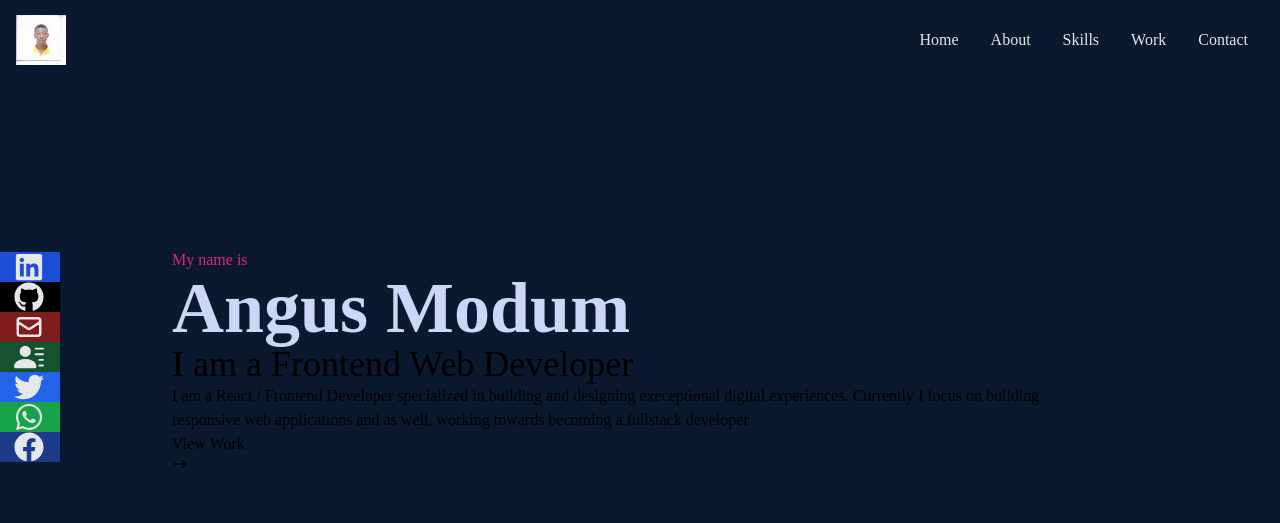
Repository: AngusOnyebuchi/Dashboard
Page: /
An editor plug-in stored every save of this project. The page is shown before and after the next save, followed by the edit.
The browser window is 1280 px wide. The pictures show the whole page.
The project was rebuilt for these pictures with package versions that can differ from the ones it lists, and the page was loaded fresh each time.

Above is the page before, as saved 2022-04-13 22:26:23.

### public/index.html
<!DOCTYPE html>
<html lang="en">
  <head>
    <meta charset="utf-8" />
    <link rel="icon" href="%PUBLIC_URL%/favicon.ico" />
    <meta name="viewport" content="width=device-width, initial-scale=1" />
    <meta name="theme-color" content="#000000" />
    <meta
      name="description"
      content="Web site created using create-react-app"
    />
    <link rel="apple-touch-icon" href="%PUBLIC_URL%/logo192.png" />
    <!--
      manifest.json provides metadata used when your web app is installed on a
      user's mobile device or desktop. See https://developers.google.com/web/fundamentals/web-app-manifest/
    -->
    <link rel="manifest" href="%PUBLIC_URL%/manifest.json" />
    <!--
      Notice the use of %PUBLIC_URL% in the tags above.
      It will be replaced with the URL of the `public` folder during the build.
      Only files inside the `public` folder can be referenced from the HTML.

      Unlike "/favicon.ico" or "favicon.ico", "%PUBLIC_URL%/favicon.ico" will
      work correctly both with client-side routing and a non-root public URL.
      Learn how to configure a non-root public URL by running `npm run build`.
    -->
    <title>Tenzies Game</title>
  </head>
  <body>
    <noscript>You need to enable JavaScript to run this app.</noscript>
    <div id="root"></div>
    <!--
      This HTML file is a template.
      If you open it directly in the browser, you will see an empty page.

      You can add webfonts, meta tags, or analytics to this file.
      The build step will place the bundled scripts into the <body> tag.

      To begin the development, run `npm start` or `yarn start`.
      To create a production bundle, use `npm run build` or `yarn build`.
    -->
  </body>
</html>

### src/index.js
import React from "react";
import ReactDOM from "react-dom";
import "./style.css"
import App from "./App";

ReactDOM.render(<App/>, document.getElementById("root"))

### src/style.css
@tailwind base;
@tailwind components;
@tailwind utilities;

@layer base {
    body{
        @apply font-[Railway];
    }
    li {
        @apply px-4;
        @apply cursor-pointer;
    }
}

### src/App.js
import React from "react";
import NavBar from "./components/NavBar"
import Home from "./components/Home"

export default function App() {
    return (
        <div>
          <NavBar/>
          <Home/>
        </div>
    )
}

### src/components/NavBar.js
import React, {useState} from "react";
import {FaBars, FaTimes, FaGithub, FaFacebook, FaTwitter, FaWhatsapp, FaLinkedin} from "react-icons/fa"
import {HiOutlineMail} from "react-icons/hi"
import {BsFillPersonLinesFill} from "react-icons/bs"
import Logo from "../images/passport.jpg"

export default function NavBar() {

  const [nav, setNav] = useState(true)
  const handleClick = () => setNav(!nav)
  return(
    <div className="fixed w-full h-[80px] flex justify-between items-center px-4 bg-[#0a192f] text-gray-200 ">

       <div>
          <img src={Logo} alt="Logo Image" style={{width: "50px"}}/>
       </div>

         {/* Menu */}
         <ul className="hidden md:flex">
            <li>Home</li>
            <li>About</li>
            <li>Skills</li>
            <li>Work</li>
            <li>Contact</li>
         </ul>

       {/* Hamburger */}
       <div onClick={handleClick} className="md:hidden z-10">
          {nav ? <FaBars/> : <FaTimes/>}
       </div>

       {/* Mobile menu*/}
       <ul className={nav ? "hidden" : "absolute top-0 left-0 w-full h-screen bg-inherit flex flex-col justify-center items-center md:hidden"}>
            <li className="py-6 text-4xl">Home</li>
            <li className="py-6 text-4xl">About</li>
            <li className="py-6 text-4xl">Skills</li>
            <li className="py-6 text-4xl">Work</li>
            <li className="py-6 text-4xl">Contact</li>
       </ul>

       {/**Social Icons */}
       <div className="hidden lg:flex fixed flex-col top-[35%] left-0">
         <ul>

           <li className="w-[160px] h-60px flex justify-between items-center ml-[-100px] hover:ml-[-10px] duration-300 bg-blue-700">
             <a className="flex justify-between items-center w-full text-gray-200 "
                href="/">
               LinkedIn <FaLinkedin size={30}/>
             </a>
           </li>

           <li className="w-[160px] h-60px flex justify-between items-center ml-[-100px] hover:ml-[-10px] duration-300 bg-black">
             <a className="flex justify-between items-center w-full text-gray-200 "
                href="/">
               Github <FaGithub size={30}/>
             </a>
           </li>

           <li className="w-[160px] h-60px flex justify-between items-center ml-[-100px] hover:ml-[-10px] duration-300 bg-red-900">
             <a className="flex justify-between items-center w-full text-gray-200 "
                href="/">
               Email <HiOutlineMail size={30}/>
             </a>
           </li>

           <li className="w-[160px] h-60px flex justify-between items-center ml-[-100px] hover:ml-[-10px] duration-300 bg-green-900">
             <a className="flex justify-between items-center w-full text-gray-200 "
                href="/">
               Resume <BsFillPersonLinesFill size={30}/>
             </a>
           </li>

           <li className="w-[160px] h-60px flex justify-between items-center ml-[-100px] hover:ml-[-10px] duration-300 bg-blue-600">
             <a className="flex justify-between items-center w-full text-gray-200 "
                href="/">
               Twitter <FaTwitter size={30}/>
             </a>
           </li>

           <li className="w-[160px] h-60px flex justify-between items-center ml-[-100px] hover:ml-[-10px] duration-300 bg-green-600">
             <a className="flex justify-between items-center w-full text-gray-200 "
                href="/">
               Whatsapp <FaWhatsapp size={30}/>
             </a>
           </li>

           <li className="w-[160px] h-60px flex justify-between items-center ml-[-100px] hover:ml-[-10px] duration-300 bg-blue-900">
             <a className="flex justify-between items-center w-full text-gray-200 "
                href="/">
               Facebook <FaFacebook size={30}/>
             </a>
           </li>

         </ul>
       </div>

    </div>
  )
}

### src/components/Home.js
import React from "react";
import { HiArrowNarrowRight} from "react-icons/hi"

export default function Home() {
    return (
        <div name="home" className="w-full h-screen bg-[#0a192f] ">

            {/** Container */}
            <div className="max-w-[1000px] mx-auto px-8 flex flex-col justify-center h-full">
               <p className="text-pink-600">My name is</p>
               <h1 className="text-4xl sm:text-7xl font-bold text-[#ccd6f6]">Angus Modum</h1>
               <h2 className="text-4xl">I am a Frontend Web Developer </h2>
               <p>I am a React / Frontend Developer specialized in building and designing execeptional digital experiences. Currently I focus on building responsive web applications and as well, working towards becoming a fullstack developer</p>
               <div>
                   <button>View Work <HiArrowNarrowRight/> </button>
               </div>
            </div>
        </div>
    )
}

Loaded but not shown: tailwind.config.js (common file)

After the next save:
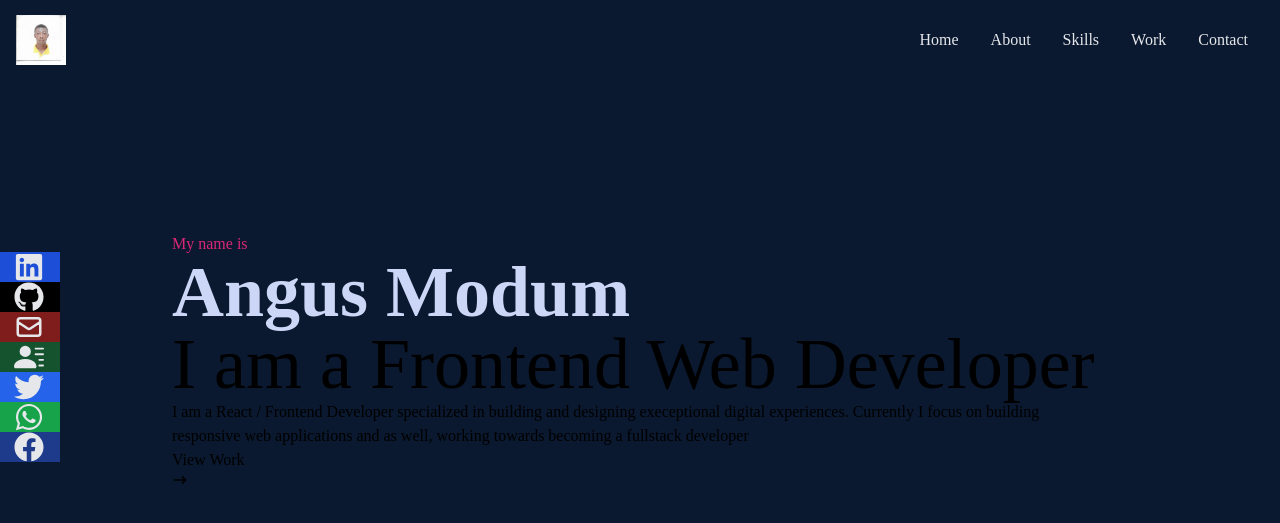
Saved 24 s later.
--- a/src/components/Home.js
+++ b/src/components/Home.js
@@ -9,7 +9,7 @@ export default function Home() {
             <div className="max-w-[1000px] mx-auto px-8 flex flex-col justify-center h-full">
                <p className="text-pink-600">My name is</p>
                <h1 className="text-4xl sm:text-7xl font-bold text-[#ccd6f6]">Angus Modum</h1>
-               <h2 className="text-4xl">I am a Frontend Web Developer </h2>
+               <h2 className="text-4xl sm:text-7xl">I am a Frontend Web Developer </h2>
                <p>I am a React / Frontend Developer specialized in building and designing execeptional digital experiences. Currently I focus on building responsive web applications and as well, working towards becoming a fullstack developer</p>
                <div>
                    <button>View Work <HiArrowNarrowRight/> </button>
